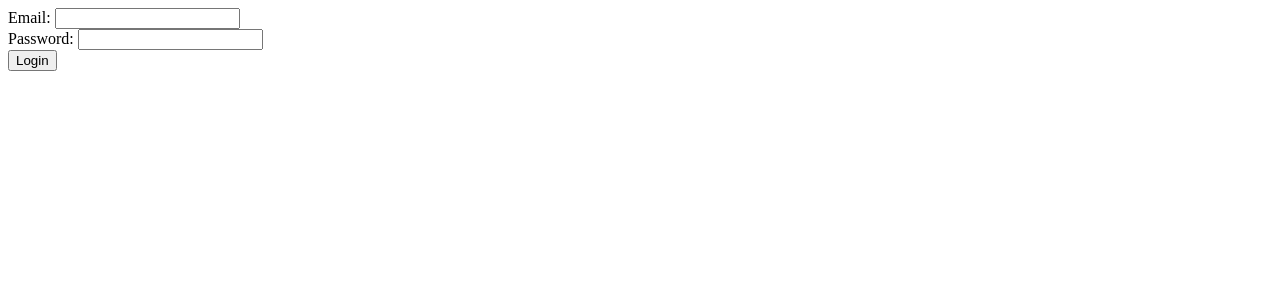
Repository: v-pap/linkedin-clone
Page: http://localhost/LinkedInClone/
An editor plug-in stored every save of this project. The page is shown before and after the next save, followed by the edit.
The browser window is 1280 px wide. The pictures show the whole page.
The page is served by Tomcat 9. Nobody is signed in. The application's start-up code is not run. Other server files are loaded and not shown.

Above is the page before, as saved 2018-08-20 14:30:48.

### linkedin workspace/LinkedInClone/WebContent/index.jsp
<%@page contentType="text/html" pageEncoding="utf-8"%>
<%@ taglib prefix="c" uri="http://java.sun.com/jsp/jstl/core" %>
<!doctype html>
<html>
<head>
<meta charset="utf-8">
<title>Login Page</title>
</head>
<body>

<form action="<c:url value='/user/login'/>" method="post">

Email: <input type="text" name="email">
<br>
Password: <input type="password" name="password">
<br>
<input type="submit" value="Login">
</form>
</body>
</html>

After the next save:
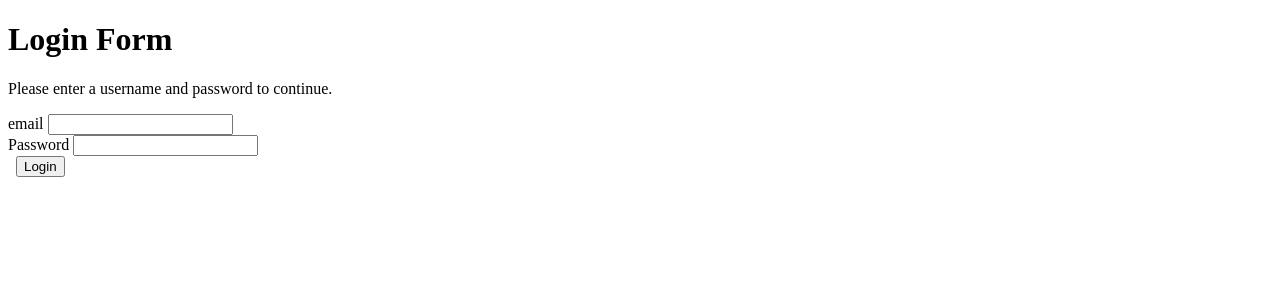
Saved 8 min 0 s later.
--- a/linkedin workspace/LinkedInClone/WebContent/index.jsp
+++ b/linkedin workspace/LinkedInClone/WebContent/index.jsp
@@ -6,15 +6,25 @@
 <meta charset="utf-8">
 <title>Login Page</title>
 </head>
-<body>
+<h1>Login Form</h1>
+<p>Please enter a username and password to continue.</p>
 
-<form action="<c:url value='/user/login'/>" method="post">
+<!-- The action attribute of an Authentication form must be
+"j_security_check"-->
+<form action="j_security_check" method="post">
+    <label>email</label>
 
-Email: <input type="text" name="email">
-<br>
-Password: <input type="password" name="password">
-<br>
-<input type="submit" value="Login">
+    <!-- The name of the textbox that receives the username
+    must be "j_username"-->
+    <input type="text" name="j_username"><br>
+    <label>Password</label>
+
+    <!-- The name of the textbox that receives the password
+    must be "j_password"; type="password" blocks input
+    when user writes in the textbox-->
+    <input type="password" name="j_password"><br>
+    <label>&nbsp;</label>
+    <input type="submit" value="Login">
 </form>
 </body>
 </html>
